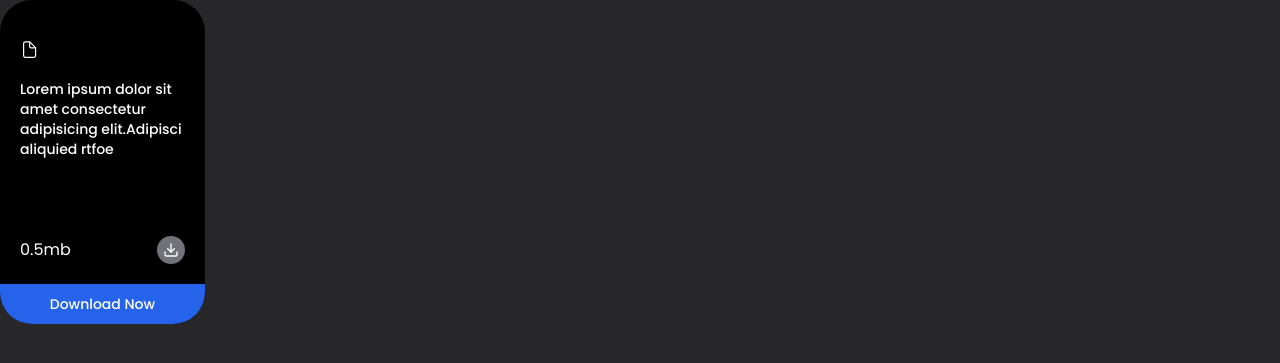
Repository: SharonSebastian32/dragable_cards
Page: /
An editor plug-in stored every save of this project. The page is shown before and after a run of saves, followed by the edit.
The browser window is 1280 px wide. The pictures show the whole page.
Some web fonts or font styles are not loaded; a fallback is used. The project was rebuilt for these pictures with package versions that can differ from the ones it lists, and the page was loaded fresh each time. Also part of the build but not shown: vite.config.js.

Above is the page before, as saved 2024-08-21 11:12:13.

### src/App.jsx
import Background from "./Components/Background";
import Foreground from "./Components/Foreground";
import "./App.css";
const App = () => {
  return (
    <div className="w-full h-screen bg-zinc-800 relative">
      <Background />
      <Foreground />
    </div>
  );
};
export default App;

### src/Components/Background.jsx
const Background = () => {
  return <div className="w-full h-full fixed z-[2]"> </div>;
};

export default Background;

### src/Components/Foreground.jsx
import Card from "./Card";

const Foreground = () => {
  const data = [
    {
      desc: "Lorem ipsum dolor sit amet consectetur adipisicing elit.Adipisci aliquied rtfoe",
      fileSize: "0.5mb",

      close: false,
      tag: {
        isOpen: true,
        tagTitle: "Download Now",
        tagColor: "blue",
      },
    },
  ];
  return (
    <div className="w-full h-full fixed top-0 left-0 z-[3]">
      {data.map((item, index) => (
        <Card data={item} />
      ))}
    </div>
  );
};

export default Foreground;

### src/App.css
 @import url('https://fonts.googleapis.com/css2?family=Playwrite+IT+Moderna:wght@100..400&family=Poppins:ital,wght@0,100;0,200;0,300;0,400;0,500;0,600;0,700;0,800;0,900;1,100;1,200;1,300;1,400;1,500;1,600;1,700;1,800;1,900&display=swap');



 *{
  font-family: Poppins;
 }

### src/Components/Card.jsx
import { IoDocumentOutline } from "react-icons/io5";
import { LuDownload } from "react-icons/lu";
import { IoCloseSharp } from "react-icons/io5";

const Card = ({ data }) => {
  return (
    <div className="w-[16vw] h-[45vh] rounded-[2rem] text-white px-5 py-10 bg-black relative overflow-hidden">
      <IoDocumentOutline size="1.2em" />
      <p className="text-sm font-medium mt-5">{data.desc}</p>
      {/* footer   */}
      <div className="footer  absolute bottom-0 left-0 w-full h-15  ">
        <div className="flex items-center justify-between p-5">
          <h5>{data.fileSize}</h5>
          <span className="w-7 h-7 bg-zinc-500 rounded-full flex items-center justify-center cursor-pointer">
            {/* <LuDownload /> */}
            {data.close ? <IoCloseSharp /> : <LuDownload />}
          </span>
        </div>{" "}
        {/* <div className="w-full h-10 bg-blue-500 flex items-center justify-center cursor-pointer ">
          <h2 className=" text-sm font-medium"> Download Now </h2>
        </div> */}
        {data.tag.isOpen ? (
          <div
            className={`w-full h-10 ${data.tag.tagColor==='blue'? "bg-blue-600":'gre'

            } flex items-center justify-center cursor-pointer `}
          >
            <h2 className=" text-sm font-medium">{data.tag.tagTitle}</h2>
          </div>
        ) : null}
      </div>
    </div>
  );
};

export default Card;

Loaded but not shown: index.html (common file); src/main.jsx (common file); src/index.css (common file); tailwind.config.js (common file)

After the next 6 saves:
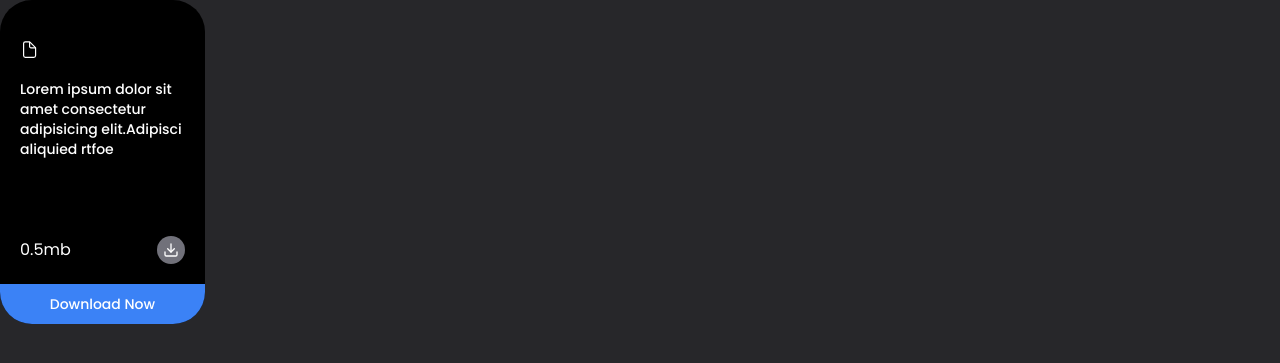
The 6 saves are shown as one change because they came seconds apart.
The last was saved 25 s later.
--- a/src/Components/Card.jsx
+++ b/src/Components/Card.jsx
@@ -21,7 +21,7 @@ const Card = ({ data }) => {
         </div> */}
         {data.tag.isOpen ? (
           <div
-            className={`w-full h-10 ${data.tag.tagColor==='blue'? "bg-blue-600":'gre'
+            className={`w-full h-10 ${data.tag.tagColor==='blue'? "bg-blue-500":'bg-green-500'
 
             } flex items-center justify-center cursor-pointer `}
           >
